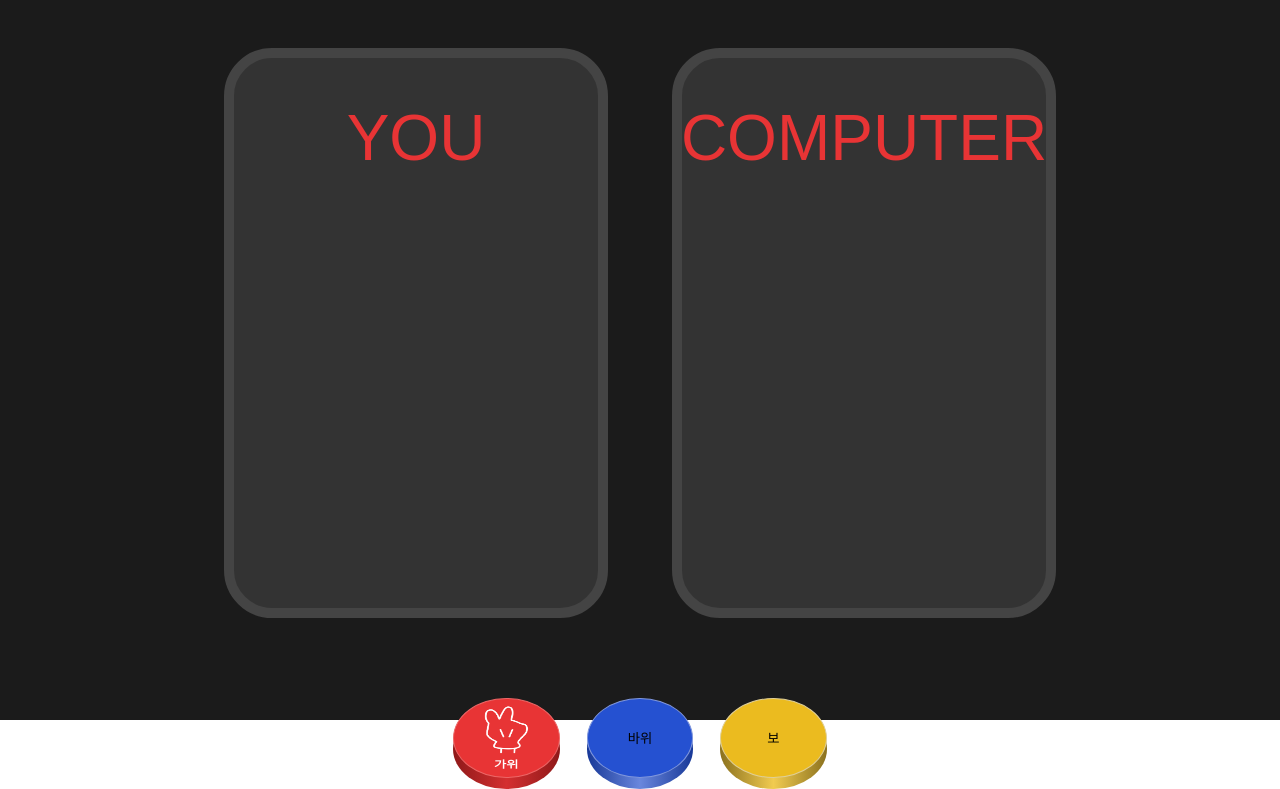
Repository: KIMMIHYE12/classComponent
Page: /
These files come from the project's save history. The page is drawn as it stood at one moment and after the next save; the edit follows.
The browser window is 1280 px wide. The pictures show the whole page.
Some web fonts or font styles are not loaded; a fallback is used. The project was rebuilt for these pictures with package versions that can differ from the ones it lists, and the page was loaded fresh each time.

Above is the page before, as saved 2024-03-20 00:20:02.

After the next save:
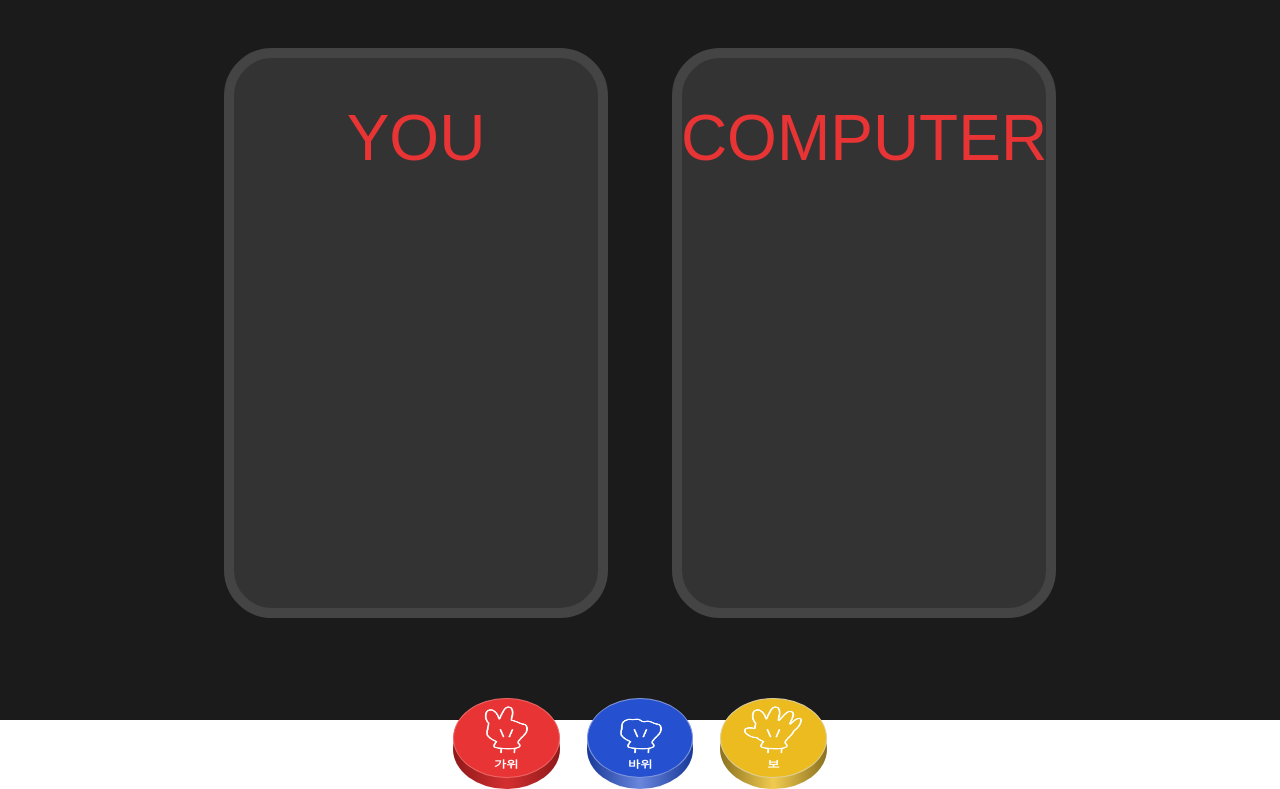
Saved 36 s later.
--- a/src/App.js
+++ b/src/App.js
@@ -75,7 +75,10 @@ function App() {
             play("rock");
           }}
         >
-          <span>바위</span>
+          <div className='btn_items'>
+            <img src='/images/btn_rock.png' />
+            <span>바위</span>
+          </div>
         </button>
         <button
           className='paper'
@@ -83,7 +86,10 @@ function App() {
             play("paper");
           }}
         >
-          <span>보</span>
+          <div className='btn_items'>
+            <img src='/images/btn_paper.png' />
+            <span>보</span>
+          </div>
         </button>
       </div>
     </div>
